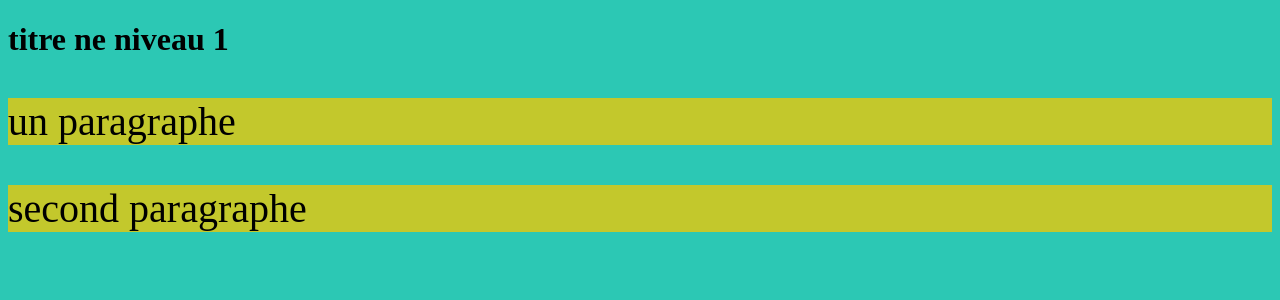
Repository: Poulpyto/fitec
Page: workspaceHtmlFlo/PremierTp_htmlCss/WebContent/htmlEtCss.html
An editor plug-in stored every save of this project. The page is shown before and after the next save, followed by the edit.
The browser window is 1280 px wide. The pictures show the whole page.

Above is the page before, as saved 2017-04-03 12:40:32.

After the next save:
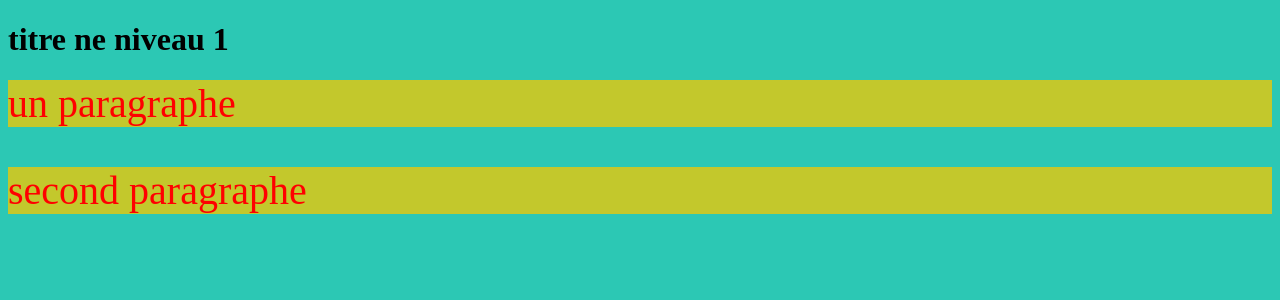
Saved 82 s later.
--- a/workspaceHtmlFlo/PremierTp_htmlCss/WebContent/css/style.css
+++ b/workspaceHtmlFlo/PremierTp_htmlCss/WebContent/css/style.css
@@ -5,7 +5,9 @@ body{
 }
 
 p{
-	background-color: #C3C82C;
-	font-family: cursive;
-	font-size: 40px;
+	background-color: #C3C82C;/*couleur de fond*/
+	font-family: cursive;/*type de police*/
+	font-size: 40px;/*taille police*/
+	color: red;/*couleur decriture*/
+	margin-top: 20px;
 }
